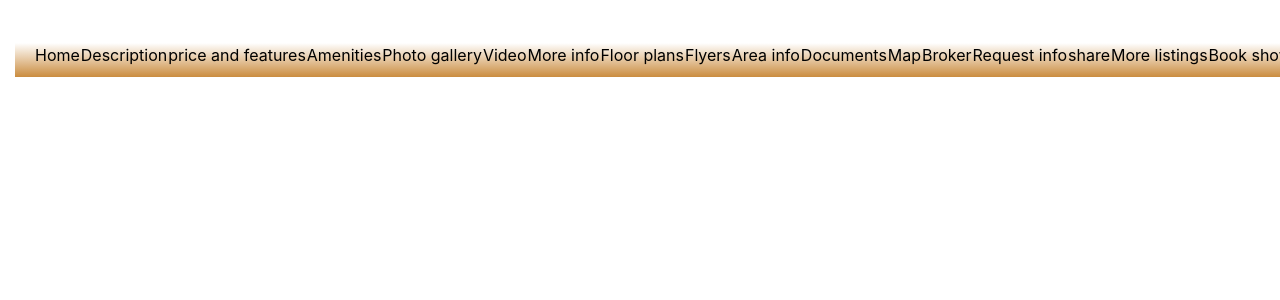
Repository: TMuse333/real-estate-landingpage
Page: /
The author's editor kept a copy of each file at every save. The page is drawn from the files as they stood at one save, then again after the next save.
The browser window is 1280 px wide. The pictures show the whole page.
The project was rebuilt for these pictures with package versions that can differ from the ones it lists, and the page was loaded fresh each time. Also part of the build but not shown: vite.config.js.

Above is the page before, as saved 2023-09-19 16:11:17.

After the next save:
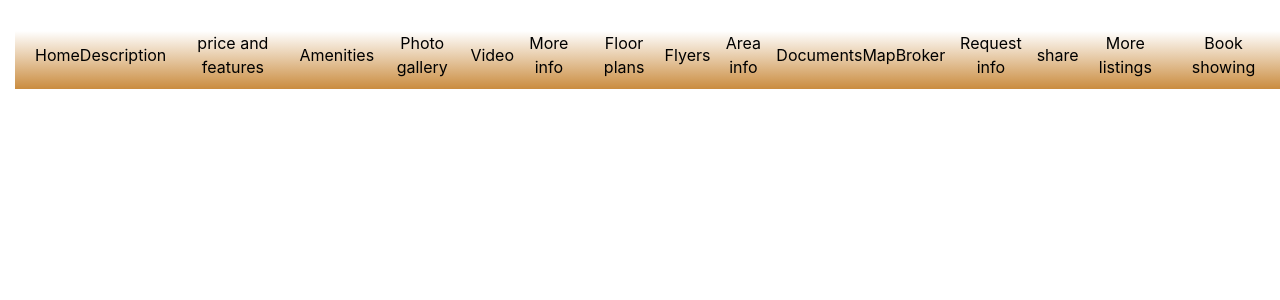
Saved 22 s later.
--- a/src/App.css
+++ b/src/App.css
@@ -54,8 +54,8 @@ gap:10px;
 
    .list-container {
     position: absolute;
-    display: grid;
-    grid-row: 20px 20px;
+    display: flex;
+    flex-direction: row;
     justify-content: space-between;
     left: 50%; /* Set the left position to the center of the parent container */
     transform: translateX(-50%);
